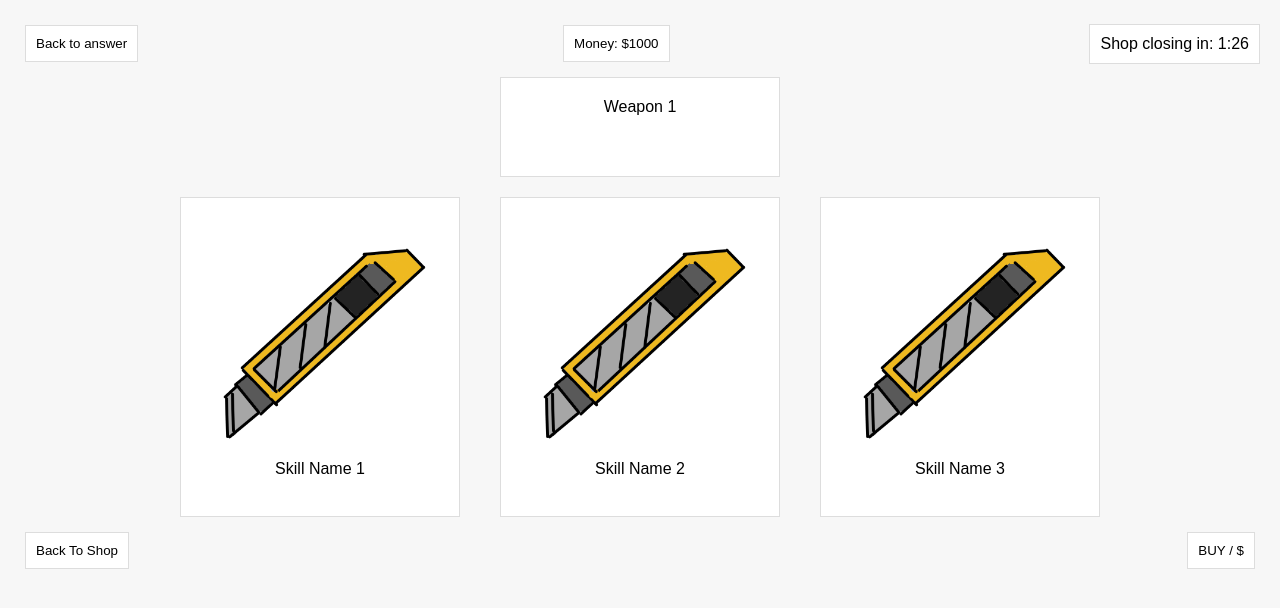
Repository: sean12-2007/Jailbreaker
Page: public/src/pages/shop_skills copy 2.html
An editor plug-in stored every save of this project. The page is shown before and after the next save, followed by the edit.
The browser window is 1280 px wide. The pictures show the whole page.

Above is the page before, as saved 2024-08-09 20:31:36.

After the next save:
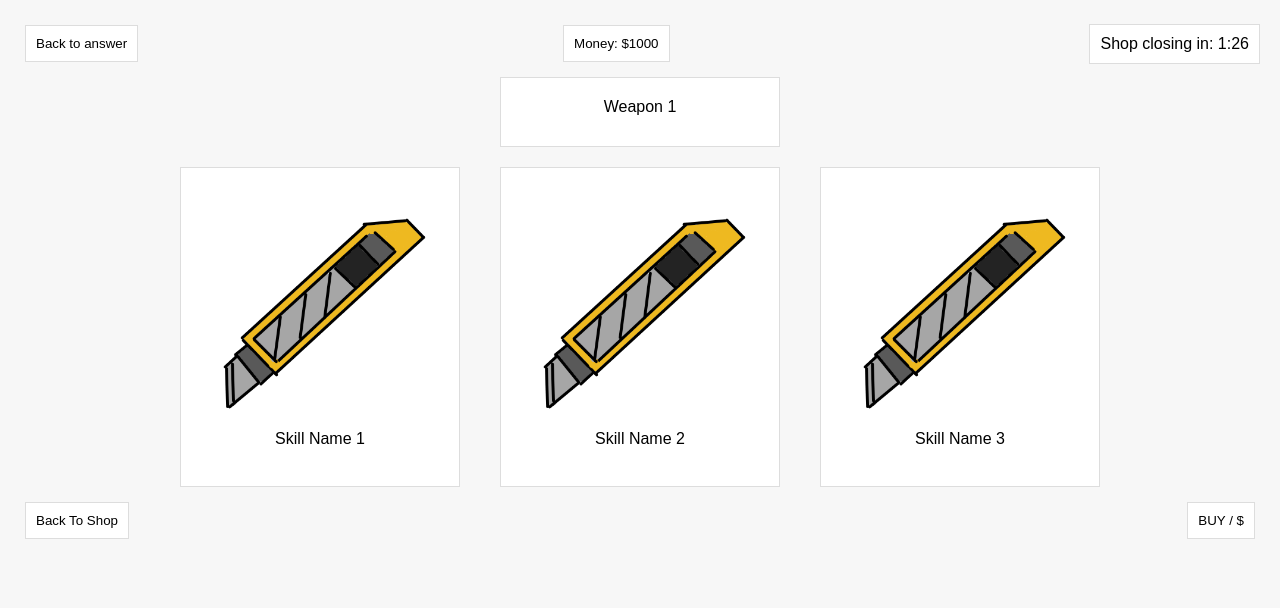
Saved 10 s later.
--- a/public/src/pages/shop_skills copy 2.html
+++ b/public/src/pages/shop_skills copy 2.html
@@ -46,7 +46,7 @@
       .weapon2 {
         flex: 0 0 auto;
         width: 280px; /* Fixed width */
-        height: 100px; /* Fixed height */
+        height: 70px; /* Fixed height */
         margin: 10px;
         background: #fff;
         border: 1px solid #ddd;
